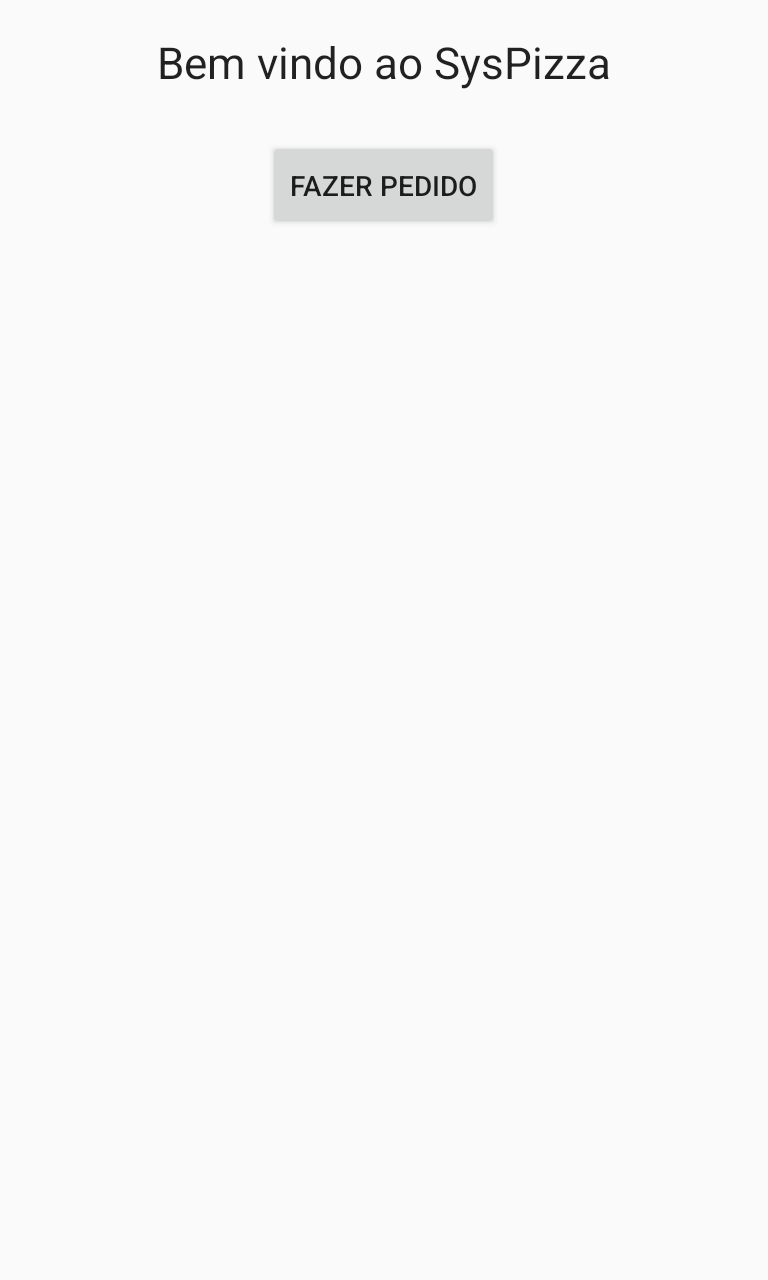
Repository: LucasSampaio/SysPizza-PSI
Layout: CodigoFonte/MOBILE/SysPizza/res/layout/activity_efetuar_pedido.xml
An editor plug-in stored every save of this project. The layout is shown before and after the next save, followed by the edit.
It is drawn on a 768 x 1280 px phone screen (xhdpi) without system bars, with theme AppTheme; the app's code is not run.

Above is the layout before, as saved 2014-09-20 01:06:38.

After the next save:
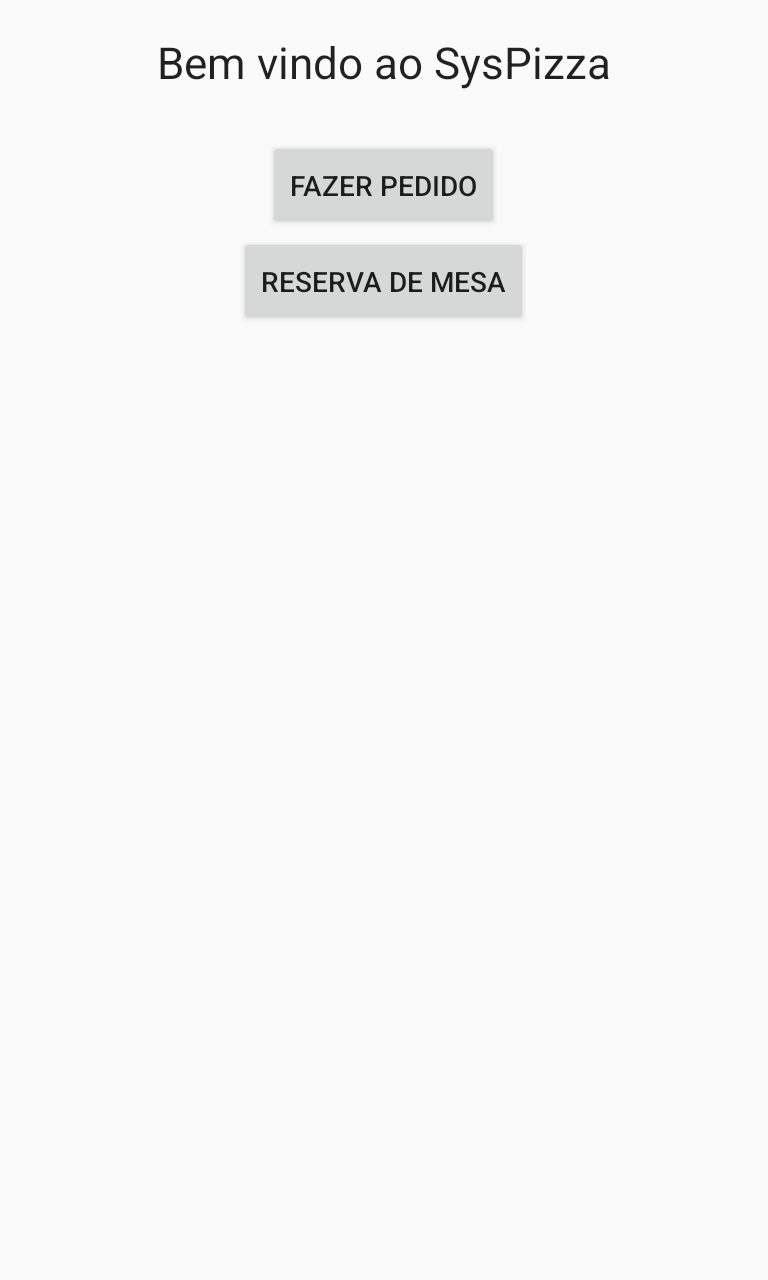
Saved 31 s later.
--- a/CodigoFonte/MOBILE/SysPizza/res/layout/activity_efetuar_pedido.xml
+++ b/CodigoFonte/MOBILE/SysPizza/res/layout/activity_efetuar_pedido.xml
@@ -26,4 +26,12 @@
         android:layout_marginTop="23dp"
         android:text="Fazer pedido" />
 
+    <Button
+        android:id="@+id/btSolicitarReserva"
+        android:layout_width="wrap_content"
+        android:layout_height="wrap_content"
+        android:layout_below="@+id/btEfetuarPedido"
+        android:layout_centerHorizontal="true"
+        android:text="Reserva de mesa" />
+
 </RelativeLayout>
